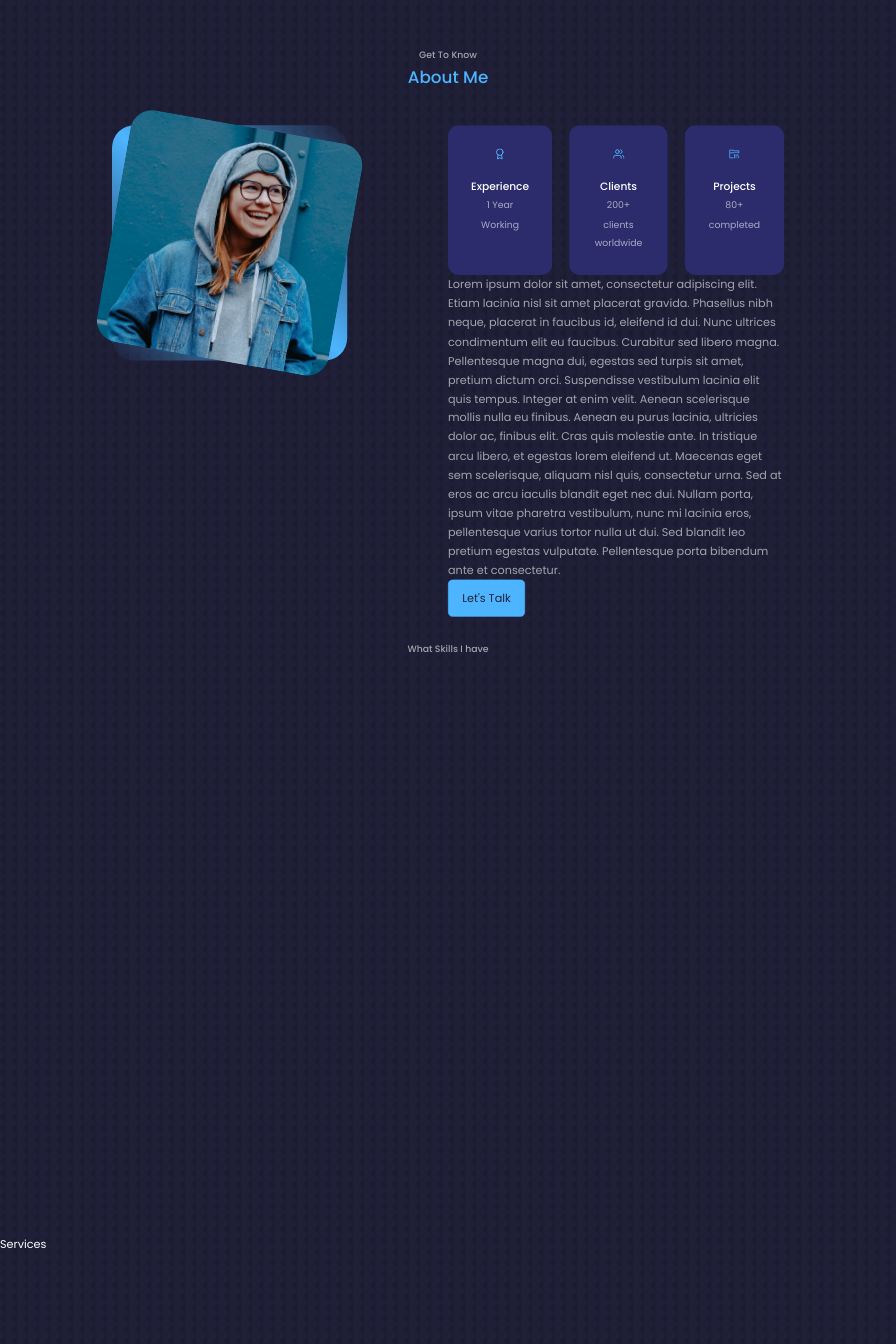
Repository: smallchungus/resumeWebsite
Page: / (app in hello/)
The author's editor kept a copy of each file at every save. The page is drawn from the files as they stood at one save, then again after the next save.
The browser window is 1280 px wide. The pictures show the part of the page from y = 780 to 2700 px (the page is 5835 px tall), at 70% of full size.
The project was rebuilt for these pictures with package versions that can differ from the ones it lists, and the page was loaded fresh each time. Also part of the build but not shown: hello/src/components/experience/experience.css, hello/src/components/portfolio/portfolio.css, hello/src/components/contact/contact.css, hello/src/components/footer/footer.css. Imported but missing from the stored project, and not drawn on this page: hello/src/assets/cv.pdf.

Above is the page before, as saved 2023-03-23 18:44:43.

### hello/public/index.html
<!DOCTYPE html>
<html lang="en">

<head>
    <meta charset="UTF-8">
    <meta http-equiv="X-UA-Compatible" content="IE=edge">
    <meta name="viewport" content="width-device-width, initial-scale=1.0">
    <title>Resume Portfolio Website</title>
</head>
<body>
    <div id="root"></div>
</body>
</html>

### hello/src/App.jsx
import React from 'react'
import Header from './components/header/Header'
import Nav from './components/nav/Nav'
import About from './components/about/About'
import Experience from './components/experience/Experience'
import Services from './components/services/Services'
import Portfolio from './components/portfolio/Portfolio'
import Testimonial from './components/testimonial/Testimonial'
import Contact from './components/contact/Contact'
import Footer from './components/footer/Footer'

const App = () => {
  return (
    <>
    <Header />
    <Nav />
    <About />
    <Experience />
    <Services />
    <Portfolio />
    <Testimonial />
    <Contact />
    <Footer />
    </>
  )
}

export default App

### hello/src/index.css
@import url('https://fonts.googleapis.com/css2?family=Poppins:wght@300;400;500;600&display=swap');

*{
    margin: 0;
    padding: 0;
    border :0;
    outline: 0;
    box-sizing: border-box;
    list-style: none;
    text-decoration: none;

}

:root {
    --color-bg: #1f1f38;
    --color-bg-variant: #2c2c6c;
    --color-primary: #4db5ff;
    --color-primary-variant: rgba(77, 181, 255, 0.4);
    --color-white: #fff;
    --color-light: rgba(255,255,255,0.6);

    --transition: all 400ms ease;

    --container-width-lg: 75%;
    --container-width-md: 86%;
    --container-width-sm: 90%;

}

html{
    scroll-behavior: smooth;
}

body{
    font-family: 'Poppins', sans-serif;
    background: var(--color-bg);
    color: var(--color-white);
    line-height: 1.7;
    background-image: url(../src/assets/bg-texture.png)
}

/* ======================= General Styles =================*/

.container{
    width: var(--container-width-lg);
    margin: 0 auto;
}

h1,h2,h3,h4,h5{
    font-weight: 500;
}

h1{
    font-size:2.5rem;

}

section {
    margin-top: 8rem;
    height: 100vh;
}

section > h2, section > h5 {
    text-align: center;
    color: var(--color-light);
}

section > h2 {
    color: var(--color-primary);
    margin-bottom: 3rem;
}

.text-light{
    color:var(--color-light);
}

a{
    color: var(--color-primary);
    transition: var(--transition);
}

a:hover{
    color: var(--color-white);
}

.btn{
    width: max-content;
    display: inline-block;
    color: var(--color-primary);
    padding: 0.75rem 1.2rem;
    border-radius: 0.4rem;
    cursor: pointer;
    border: 1px solid var(--color-primary);
    transition: var( --transition );
}

.btn:hover{
    background: var(--color-white);
    color: var(--color-bg);
    border-color: transparent;
}

.btn-primary{
    background: var(--color-primary);
    color: var(--color-bg);
}

img{
    display: block;
    width: 100%;
    object-fit: cover;
}


/*==================Media Queries (Medium Devices ) ============= */
@media screen and (max-width: 1024px) {
    .container{
        width: var(--container-width-md);
    }

    section{
        margin-top: 6rem;
    }
}

/*==================Media Queries (Small Devices ) ============= */
@media screen and (max-width: 600px) {
    .container{
        width: var(--container-width-sm);
    }

    section > h2{
        margin-top: 2rem;
    }
}

### hello/src/components/header/Header.jsx
import React from 'react'
import './header.css'
import CTA from './CTA'
import ME from '../../assets/me.png'
import HeaderSocials from './HeaderSocials'
const Header = () => {
  return (
    <header>
      <div className="container header_container">
        <h5>Hello I'm</h5>
        <h1>William Chen</h1>
        <h5 className='text-light'>Fullstack Developer</h5>
        <CTA />
        <HeaderSocials/>

        <div className="me">
          <img src={ME} alt="me" />
        </div>

        <a href='#contact' className='scroll_down'>Scroll down</a>
      </div>
    </header>
  )
}

export default Header

### hello/src/components/nav/Nav.jsx
import React from 'react'
import './nav.css'
import {AiOutlineHome} from 'react-icons/ai'
import {AiOutlineUser}  from 'react-icons/ai'
import {BiBook} from 'react-icons/bi'
import {RiServiceLine} from 'react-icons/ri'
import {BiMessageSquareDetail} from 'react-icons/bi'
import {useState} from 'react'

const Nav = () => {
  const[activeNav, setActiveNav] = useState('#');
  return (
    <nav>
      <a href="#" onClick={() => setActiveNav('#')} className={activeNav === '#' ? 'active' : ''}><AiOutlineHome/></a>
      <a href="#about" onClick={() => setActiveNav('#about')} className={activeNav === '#about' ? 'active' : ''}><AiOutlineUser/></a>
      <a href="#experience" onClick={() => setActiveNav('#experience')} className={activeNav === '#experience' ? 'active' : ''}><BiBook/></a>
      <a href="#services" onClick={() => setActiveNav('#services')} className={activeNav === '#services' ? 'active' : ''}><RiServiceLine/></a>
      <a href="#contact" onClick={() => setActiveNav('#contact')} className={activeNav === '#contact' ? 'active' : ''}><BiMessageSquareDetail/></a>
    </nav>
  )
}

export default Nav

### hello/src/components/about/About.jsx
import React from 'react'
import './about.css'
import ME from '../../assets/me-about.jpg'
import {FiAward} from 'react-icons/fi'
import {FiUsers} from 'react-icons/fi'
import {VscFolderLibrary} from 'react-icons/vsc'

const About = () => {
  return (
    <section id='about'>
      <h5>Get To Know </h5>
      <h2>About Me</h2>

      <div className="container about_container">
        <div className="about_me" >
          <div className="about_me-image">
          <img src={ME} alt="About Image" />
          </div>
        </div>

        <div className="about_content">
          <div className="about_cards">
            <article className="about_card">
              <FiAward className='about_icon'/>
              <h5>Experience</h5>
              <small>1 Year Working</small>
            </article>
            <article className="about_card">
              <FiUsers className='about_icon'/>
              <h5>Clients</h5>
              <small>200+ clients worldwide</small>
            </article>
            <article className="about_card">
              <VscFolderLibrary className='about_icon'/>
              <h5>Projects</h5>
              <small>80+ completed</small>
            </article>
          </div>
          <p>
          Lorem ipsum dolor sit amet, consectetur adipiscing elit. Etiam lacinia nisl sit amet placerat gravida. Phasellus nibh neque, placerat in faucibus
          id, eleifend id dui. Nunc ultrices condimentum elit eu faucibus. Curabitur sed libero magna. Pellentesque magna dui, egestas sed turpis
          sit amet, pretium dictum orci. Suspendisse vestibulum lacinia elit quis tempus. Integer at enim velit. Aenean scelerisque mollis nulla eu finibus. Aenean eu purus lacinia, ultricies dolor ac, finibus elit.
          Cras quis molestie ante. In tristique arcu libero, et egestas lorem eleifend ut. Maecenas eget sem scelerisque, aliquam nisl quis, consectetur urna. Sed at eros ac arcu iaculis blandit eget nec dui. Nullam porta,
          ipsum vitae pharetra vestibulum, nunc mi lacinia eros, pellentesque varius tortor nulla ut dui. Sed blandit leo pretium egestas vulputate. Pellentesque porta bibendum ante et consectetur.
          </p>
          <a href="#contact" className='btn btn-primary'>Let's Talk</a>

        </div>
      </div>
    </section>
  )
}

export default About

### hello/src/components/experience/Experience.jsx
import React from 'react'
import './experience.css'
const Experience = () => {
  return (
    <section id='experience'>
      <h5>What Skills I have</h5>
    </section>
  )
}

export default Experience

### hello/src/components/portfolio/Portfolio.jsx
import React from 'react'
import './portfolio.css'


const Portfolio = () => {
  return (
    < section id='portfolio'>Portfolio</section>
  )
}

export default Portfolio

### hello/src/components/testimonial/Testimonial.jsx
import React from 'react'
import './testimonial.css'
const Testimonial = () => {
  return (
    <section id='testimonials'>Testimonial</section>
  )
}

export default Testimonial

### hello/src/components/contact/Contact.jsx
import React from 'react'
import './contact.css'
const Contact = () => {
  return (
    <section id='contact'>Contact</section>
  )
}

export default Contact

### hello/src/components/header/header.css
header {
    height: 100vh;
    padding-top: 7rem;
    overflow: hidden;
}

.header_container{
    text-align: center;
    height: 100%;
    position: relative;
}

/*========================= CTA ======================= */
.cta {
    margin-top: 2.5rem;
    display: flex;
    gap: 1.2rem;
    justify-content: center;

}

/* ======================= Header Socials ==================== */
.header_socials {
    display: flex;
    flex-direction: column;
    align-items: center;
    gap: 0.8rem;
    position: absolute;
    left: 0;
    bottom: 3rem;

}

.header_socials::after{
    content: '';
    width: 1px;
    height: 2rem;
    background: var(--color-primary);
}

/* ===================== ME ==================*/

.me{
    background: linear-gradient(var(--color-primary), transparent);
    width: 22rem;
    height: 30rem;
    position: absolute;
    left: calc(50% - 11rem);
    margin-top: 4rem;
    border-radius: 12rem 12rem 0 0;
    overflow: hidden;
    padding: 5rem 1.5rem 1.5rem 1.5rem;

}

.scroll_down {
    position: absolute;
    right: -2.3rem;
    bottom: 5rem;
    transform: rotate(90deg);
    font-weight: 300;
    font-size: 0.9rem;
}

@media screen and (max-width: 600px) {
    header {
        height: 100vh;
    }
}

@media screen and (max-width: 600px)
{
    header {
        height: 100vh;
    }

    .header_socials, .scroll_down{
        display: none;
    }
}

### hello/src/components/header/CTA.jsx
import React from 'react'
import CV from '../../assets/cv.pdf'
const CTA = () => {
  return (
    <div className ='cta'>
        <a href={CV} download className='btn'>Download CV</a>
        <a href="#contact" className='btn btn-primary'>Let's Talk</a>
    </div>
  )
}

export default CTA

### hello/src/components/header/HeaderSocials.jsx
import React from 'react'
import {BsLinkedin} from 'react-icons/bs'
import {BsGithub} from 'react-icons/bs'
import {AiFillDribbbleSquare} from 'react-icons/ai'
const HeaderSocials = () => {
  return (
    <div className='header_socials'>
        <a href="https://linkedin.com/willchenn" target="_blank"><BsLinkedin></BsLinkedin></a>
        <a href="https://github.com/smallchungus" target="_blank"><BsGithub></BsGithub></a>
        <a href="https://dribble.com/" target="_blank"><AiFillDribbbleSquare></AiFillDribbbleSquare></a>
        </div>
  )
}

export default HeaderSocials

### hello/src/components/nav/nav.css
nav {
    background: rgba(0, 0, 0, 0.3);
    width: max-content;
    display: block;
    padding: 0.7rem 1.7rem;
    z-index: 2;
    position: fixed;
    left: 50%;
    transform: translateX(-50%);
    bottom: 2rem;
    display: flex;
    gap: 0.8rem;
    border-radius: 3rem;
    backdrop-filter: blur(15px);
}

nav a{
    background: transparent;
    padding: 0.9rem;
    border-radius: 50%;
    display: flex;
    color: var(--color-light);
    font-size: 1.1rem;
}

nav a:hover{
    background: rgba(0,0,0,0.3);
}

nav a.active {
    background: var(--color-bg);
    color: var(--color-white);
}

### hello/src/components/about/about.css
.about_container {
    display: grid;
    grid-template-columns: 35% 50%;
    gap: 15%;
}

.about_me {
    width: 100%;
    aspect-ratio: 1/1;
    border-radius: 2rem;
    background: linear-gradient(
        45deg,
        transparent,
        var(--color-primary),
        transparent
    );
    display: grid;
    place-items: center;
}

.about_me-image{
    border-radius: 2rem;
    overflow: hidden;
    transform: rotate(10deg);
    transition: var(--transition);

}

.about_me-image:hover{
    transform: rotate(0);
}

.about_cards{
    display: grid;
    grid-template-columns: repeat(3, 1fr);
    gap: 1.5rem;
}

.about_card {
    background: var(--color-bg-variant);
    border: 1px solid transparent;
    border-radius: 1rem;
    padding: 2rem;
    text-align: center;
    transition: var(--transition);
}

.about_card:hover {
    background: transparent;
    border-color: var(--color-primary-variant);
    cursor: default;
}

.about_icon {
    color: var(--color-primary);
    font-size: 1.4 rem;
    margin-bottom: 1rem;
}

.about_card h5 {
    font-size: 0.95rem;
}

.about_card small {
    font-size: 0.7 rem;
    color: var(--color-light);
}

.about_content p {
    margin: 2rem 0 2.6 rem;
    color: var(--color-light);
}

@media screen and (max-width: 1024px) {
    .about_container {
        grid-template-columns: 1fr;
        gap: 0;
    }

    .about_me {
        width: 50%;
        margin: 2rem auto 4rem;
    }

    .about_content p{
        margin: 1rem 0 1.5rem;
    }
}

@media screen and (max-width: 600px )
{
    .about_me{
        width: 65%;
        margin: 0 auto 3rem;
    }
    .about_cards {
        grid-template-columns: 1fr 1fr;
        gap: 1rem;
    }
    .about_content {
        text-align: center;
    }
    .about_content p {
        margin: 1.5rem 0;
    }
}

Loaded but not shown: hello/src/index.js (common file); hello/src/components/services/Services.jsx (common file); hello/src/components/footer/Footer.jsx (common file); hello/src/components/services/services.css (no stored copy; drawn as an empty file); hello/src/components/testimonial/testimonial.css (no stored copy; drawn as an empty file)

After the next save:
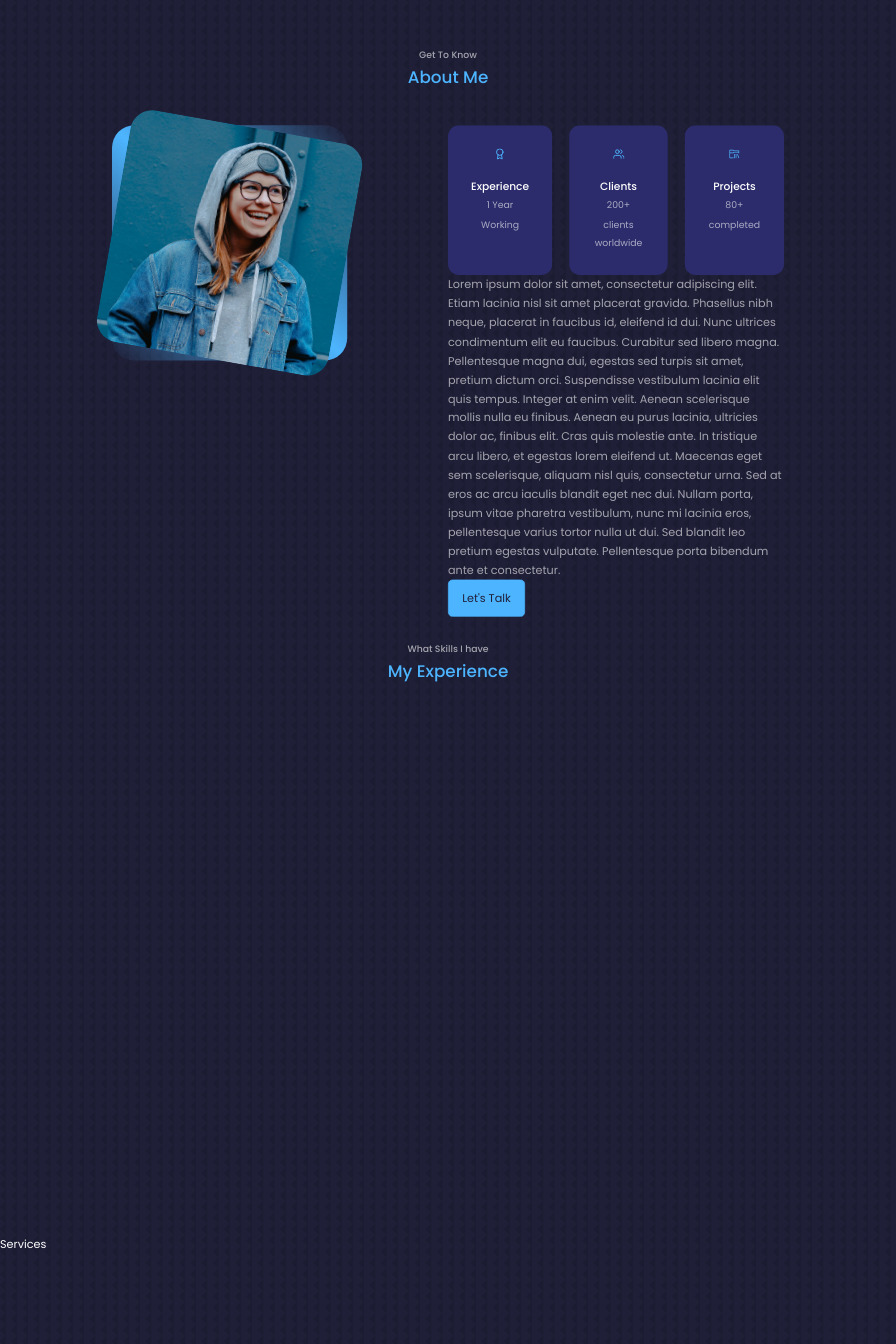
Saved 9 s later.
--- a/hello/src/components/experience/Experience.jsx
+++ b/hello/src/components/experience/Experience.jsx
@@ -4,6 +4,7 @@ const Experience = () => {
   return (
     <section id='experience'>
       <h5>What Skills I have</h5>
+      <h2>My Experience</h2>
     </section>
   )
 }
